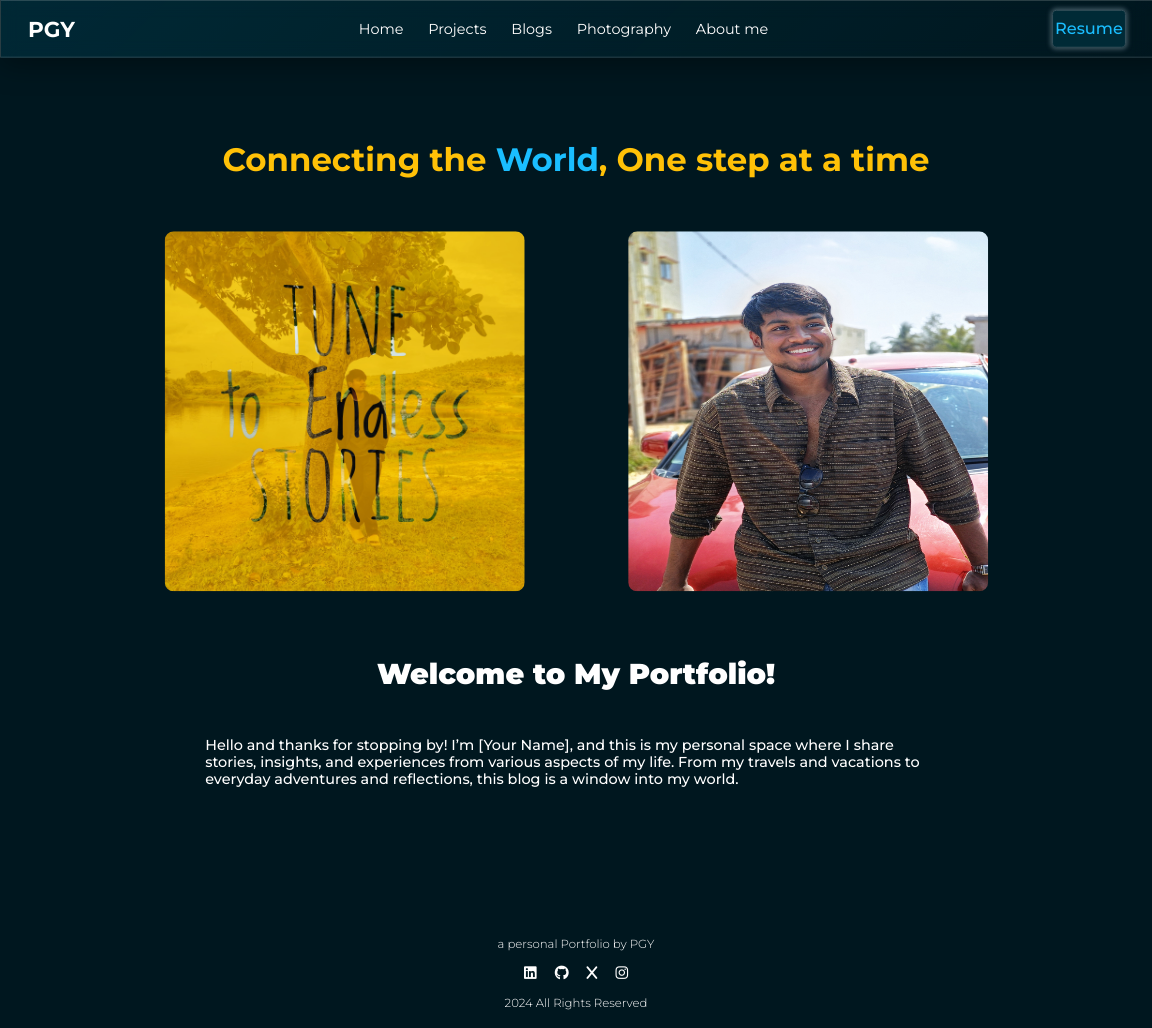
Repository: pgyunknown/pgyunknown
Page: blog.html
The author's editor kept a copy of each file at every save. The page is drawn from the files as they stood at one save, then again after the next save.
The browser window is 1280 px wide. The pictures show the whole page, at 90% of full size.
Some web libraries are served in a nearby version.

Above is the page before, as saved 2024-08-14 20:43:33.

### blog.html
<!DOCTYPE html>
<html lang="en">
<head>
    <meta charset="UTF-8">
    <meta name="viewport" content="width=device-width, initial-scale=1.0">
    <title>Document</title>
    <link rel="stylesheet" href="blog.css">
    <link rel="preconnect" href="https://fonts.googleapis.com">
<link rel="preconnect" href="https://fonts.gstatic.com" crossorigin>
<link href="https://fonts.googleapis.com/css2?family=Libre+Baskerville:ital,wght@0,400;0,700;1,400&family=Montserrat:ital,wght@0,100..900;1,100..900&family=Titillium+Web:ital,wght@0,200;0,300;0,400;0,600;0,700;0,900;1,200;1,300;1,400;1,600;1,700&display=swap" rel="stylesheet">
<link rel="stylesheet" href="https://cdnjs.cloudflare.com/ajax/libs/font-awesome/6.6.0/css/all.min.css" integrity="sha512-Kc323vGBEqzTmouAECnVceyQqyqdsSiqLQISBL29aUW4U/M7pSPA/gEUZQqv1cwx4OnYxTxve5UMg5GT6L4JJg==" crossorigin="anonymous" referrerpolicy="no-referrer" />
</head>
<body>
    <header>
        <div class="pgy_con">
                <div class="pgy"><a href="#">PGY</a></div>
        </div>
        <nav>
                <div class="nav_bar">
                <a href="#" id="home">Home</a>
                <a href="#"id="projects">Projects</a>
                <a href="#"id="blogs">Blogs</a>
                <a href="#"id="photo">Photography</a>
                <a href="#"id="About">About me</a>
                </div>
            </nav>
        <div class="resume_con">
                <button>Resume</button>
        </div>
    </header>
        <main>
            <div class="heading"><h1>Connecting the <span>World</span>, One step at a time</h1></div>
        <div class="contianer">
        <div ><img src="imgs/personal.jpg" alt=""></div>
        <div ><img src="imgs/IMG20240227144332 (1).jpg" alt=""></div>
        </div>
        <div class="blog_intro">
        <article >
            <h1>Welcome to My Portfolio!</h1>
            <p>Hello and thanks for stopping by! I’m [Your Name], and this is my personal space where I share stories, insights, and experiences from various aspects of my life. From my travels and vacations to everyday adventures and reflections, this blog is a window into my world.</p>
        </article>
    </div>
    </main>
        <footer>
            <div class="footer_port">a personal Portfolio by PGY</div>
            <div class="footer_icons">
            <a href="https://www.linkedin.com/in/p-gokul-yadav-82548a295?utm_source=share&utm_campaign=share_via&utm_content=profile&utm_medium=android_app" alt="Gokul's linkedin profile" target="_blank"><i class="fa-brands fa-linkedin"></i></a>
            <a href="https://github.com/pgyunknown" alt="Gokul Github profile" target="_blank"><i class="fa-brands fa-github"></i></a>
            <a href="#"><i class="fa-brands fa-x" target="_blank"></i></a>
            <a href="#"><i class="fa-brands fa-instagram" target="_blank"></i></a>
        </div>
        <div class="copyrights">2024 All Rights Reserved</div>
    </footer>

</body>
</html>

### blog.css
*{margin: 0px;
    padding: 0px;
}
body{
    background-color: #00171F;
    color: white;
    box-sizing: border-box;


}
a{
    text-decoration: none;
    color: inherit;
}

header{
    display: flex;
    justify-content: space-between;
    align-items: center;
    padding: 10px;
    /* Glassy effect */
    background: linear-gradient(135deg, rgba(0, 200, 255, 0.1), rgba(255, 255, 255, 0));
    backdrop-filter: blur(10px);
    -webkit-backdrop-filter: blur(10px);
    border:1px solid rgba(255, 255, 255, 0.18);
    box-shadow: 0 8px 32px 0 rgba(0, 0, 0, 0.37);

    overflow: hidden;
    position: fixed; /* Set the navbar to fixed position */
    top: 0; /* Position the navbar at the top of the page */
    width: 100%;
}

.pgy_con
{
    margin-left: 20px;
    font-family: "Montserrat", sans-serif;
    font-optical-sizing: auto;
    font-size: x-large;
    font-weight: 700;
    font-style: normal;
    align-items: end;

}

.pgy_con .pgy a{
    text-decoration: none;
}
.nav_bar {
        /* height: 50px; */
    width: 500px;
    display: flex;
    justify-content: space-evenly;

    transition-property: all;
    transition-timing-function: ease-in-out;
    transition-delay: 1s;


}

.nav_bar a{
    box-sizing: border-box;
    font-family: "Montserrat", sans-serif;
    font-optical-sizing: auto;
    font-weight: 400;
    font-style: normal
    text-decoration: none;
    justify-content: space-around;
    align-items: center;
    padding: 5px ;
}

.nav_bar a:hover{
    color: #FFC107;
    text-shadow: #FFC107 0px 0px  1px;
    border-bottom: 0.5px solid #FFC107;


}


.resume_con {
    display: flex;
    justify-content: center;
    margin-right: 20px;
    background-color: #00171F;
    margin-right: 40px;
}
.resume_con button{
    background-color:rgba(0, 200, 255, 0.1);
    box-sizing: content-box;
    height: 40px;
    width: 80px;
    font-family: "Montserrat", sans-serif;
    font-optical-sizing: auto;
    font-size: large;
    font-weight: 500;
    font-style: normal;
    color: #1ABEFF;
    border: 0.0001px solid #3c555f;
    border-radius: 5px;
    box-shadow: 0px 0px 5px 2px #3c555f;

}
main{
    display: flex;
    flex-direction: column;
    justify-content:space-around;
    align-items: center;
    padding: 70px;
    margin: 55px;
}
.heading{
    display: flex;
    margin: 30px;
    padding-bottom: 20px;
    font-family: "Montserrat", sans-serif;
    font-optical-sizing: auto;
    font-size: large;
    font-weight: 500;
    font-style: normal;
    color: #FFC107;
}

main .heading span{
    color: #1ABEFF;
}
.contianer{
    height: 400px;
    width:100%;
    padding: 10px;

    display: flex;
    justify-content: space-around;
    align-items: center;
    flex-direction: row;

}
.contianer img{
    height: 400px;
    width: 400px;
    border-radius:10px;
    /* border: 1px solid #2792bd; */
    /* box-shadow: 0px 0px 35px 1px #2792bd; */


}
main article{
    padding-top:20px;
}

.blog_intro{
    padding: 40px;
    width: 80%;
}

.blog_intro h1{
    text-align: center;
    font-family: "Montserrat", sans-serif;
    font-optical-sizing: auto;
    font-size: xx-large;
    font-weight: 900;
    font-style: normal;
}

.blog_intro p{
    padding-top:50px;
    font-family: "Montserrat", sans-serif;
    font-optical-sizing: auto;
    font-size: medium;
    font-weight: 500;
    font-style: normal;
}



footer{
    display: flex;
    flex-direction:column;
    justify-content: space-evenly;
    align-items: center;
    margin-bottom: 20px;

    font-family: "Montserrat", sans-serif;
    font-optical-sizing: auto;
    font-size: small;
    font-weight: 300;
    font-style: normal;
}

.footer_icons{
    display: flex;
    justify-content: center;
    align-items: center;
    width: 50px;
    height: 50px;
}



.copyrights{
    display: flex;
    justify-content: center;
    align-items: center;
}

.footer_icons a{
font-size: medium;
padding: 10px;
width: 50px;
height: 50px;
display: flex;
justify-content: center;
align-items: center;
}

After the next save:
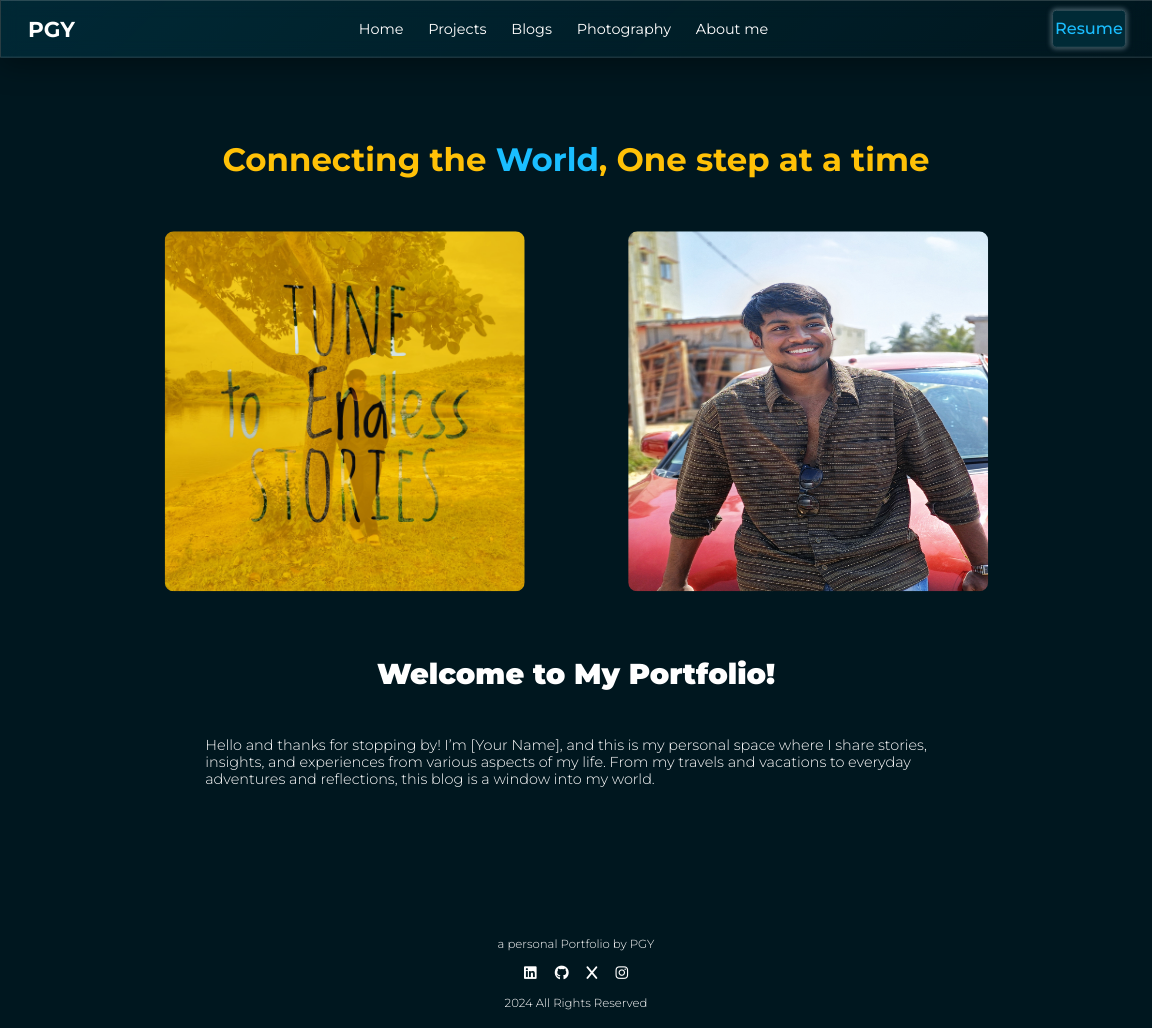
Saved 7 s later.
--- a/blog.css
+++ b/blog.css
@@ -169,7 +169,7 @@ main article{
     font-family: "Montserrat", sans-serif;
     font-optical-sizing: auto;
     font-size: medium;
-    font-weight: 500;
+    font-weight: 300;
     font-style: normal;
 }
 
